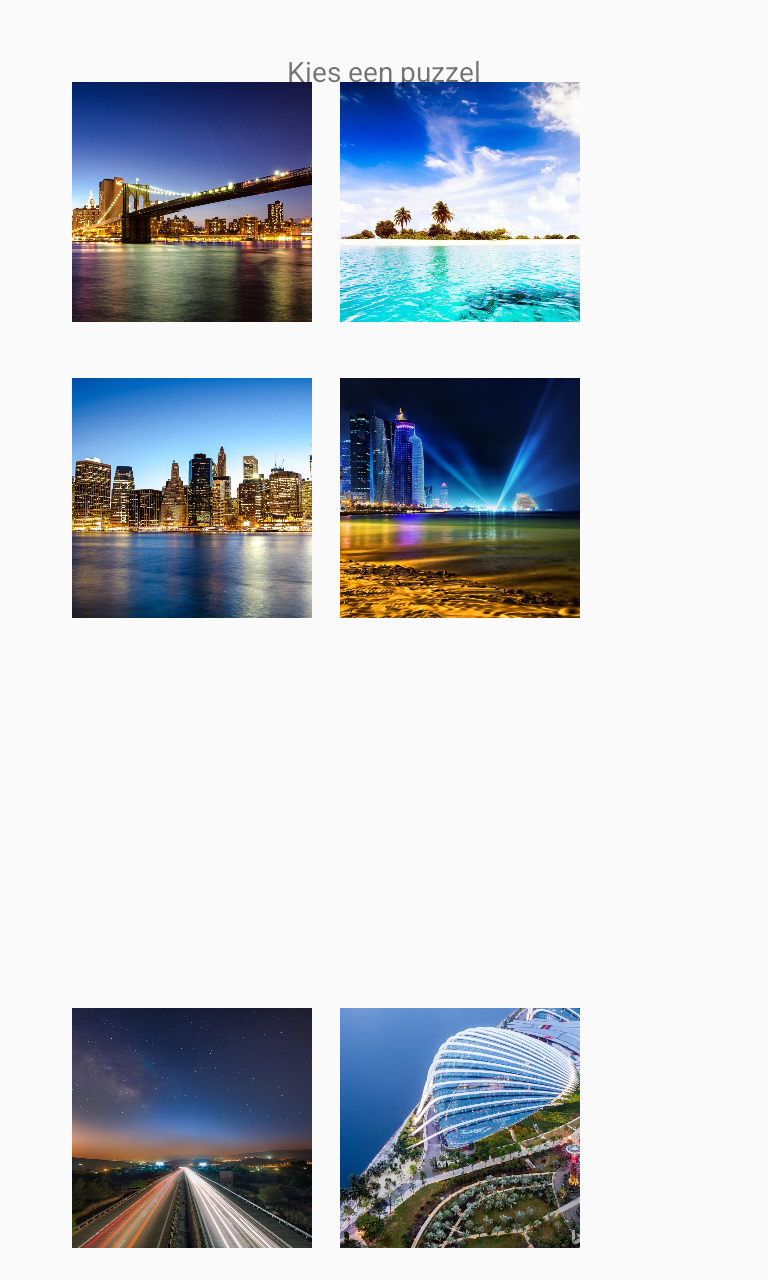
Repository: MarcSelles/nPuzzle10447768
Layout: NPuzzle10447768/res/layout/activity_main.xml
These files come from the project's save history. The layout is drawn as it stood at one moment and after the next save; the edit follows.
It is drawn on a 768 x 1280 px phone screen (xhdpi) without system bars, with theme AppTheme; the app's code is not run.

Above is the layout before, as saved 2014-11-23 13:27:27.

### NPuzzle10447768/res/layout/activity_main.xml
<RelativeLayout xmlns:android="http://schemas.android.com/apk/res/android"
    xmlns:tools="http://schemas.android.com/tools"
    android:layout_width="match_parent"
    android:layout_height="match_parent"
    android:paddingBottom="@dimen/activity_vertical_margin"
    android:paddingLeft="@dimen/activity_horizontal_margin"
    android:paddingRight="@dimen/activity_horizontal_margin"
    android:paddingTop="@dimen/activity_vertical_margin"
    tools:context="nl.mprog.projects.NPuzzle10447768.MainActivity" >

    <ImageView
        android:id="@+id/imageView1"
        android:layout_width="120dp"
        android:layout_height="120dp"
        android:layout_alignParentLeft="true"
        android:layout_alignParentTop="true"
        android:layout_marginLeft="20dp"
        android:layout_marginTop="25dp"
        android:scaleType="fitXY"
        android:src="@drawable/brooklyn_bridge" />

    <ImageView
        android:id="@+id/imageView2"
        android:layout_width="120dp"
        android:layout_height="120dp"
        android:layout_alignTop="@+id/imageView1"
        android:layout_marginLeft="14dp"
        android:layout_toRightOf="@+id/imageView1"
        android:scaleType="fitXY"
        android:src="@drawable/diggrini_island" />

    <ImageView
        android:id="@+id/imageView3"
        android:layout_width="120dp"
        android:layout_height="120dp"
        android:layout_below="@+id/imageView1"
        android:layout_marginTop="28dp"
        android:layout_toLeftOf="@+id/imageView2"
        android:scaleType="fitXY"
        android:src="@drawable/manhattan_skyline" />

    <ImageView
        android:id="@+id/imageView4"
        android:layout_width="120dp"
        android:layout_height="120dp"
        android:layout_alignLeft="@+id/imageView2"
        android:layout_alignTop="@+id/imageView3"
        android:scaleType="fitXY"
        android:src="@drawable/qatar_skyline" />

    <ImageView
        android:id="@+id/imageView5"
        android:layout_width="120dp"
        android:layout_height="120dp"
        android:layout_alignLeft="@+id/imageView3"
        android:layout_alignParentBottom="true"
        android:scaleType="fitXY"
        android:src="@drawable/rush_hour" />

    <ImageView
        android:id="@+id/imageView6"
        android:layout_width="120dp"
        android:layout_height="120dp"
        android:layout_alignLeft="@+id/imageView4"
        android:layout_alignTop="@+id/imageView5"
        android:scaleType="fitXY"
        android:src="@drawable/singapore_city" />

    <TextView
        android:layout_width="wrap_content"
        android:layout_height="wrap_content"
        android:layout_marginTop="10dp"
        android:layout_centerHorizontal="true"
        android:text="@string/choose_image" />

</RelativeLayout>

### NPuzzle10447768/res/values/strings.xml
<?xml version="1.0" encoding="utf-8"?>
<resources>

    <string name="app_name">NPuzzle10447768</string>
    <string name="hello_world">Hello world!</string>
    <string name="action_settings">Settings</string>
    <string name="choose_image">Kies een puzzel</string>
    <string name="title_activity_the_game">TheGame</string>

</resources>

Loaded but not shown: NPuzzle10447768/res/values/styles.xml (common file); NPuzzle10447768/res/values-v11/styles.xml (common file); NPuzzle10447768/res/values-v14/styles.xml (common file); NPuzzle10447768/res/values/dimens.xml (common file); NPuzzle10447768/res/values-w820dp/dimens.xml (common file)

After the next save:
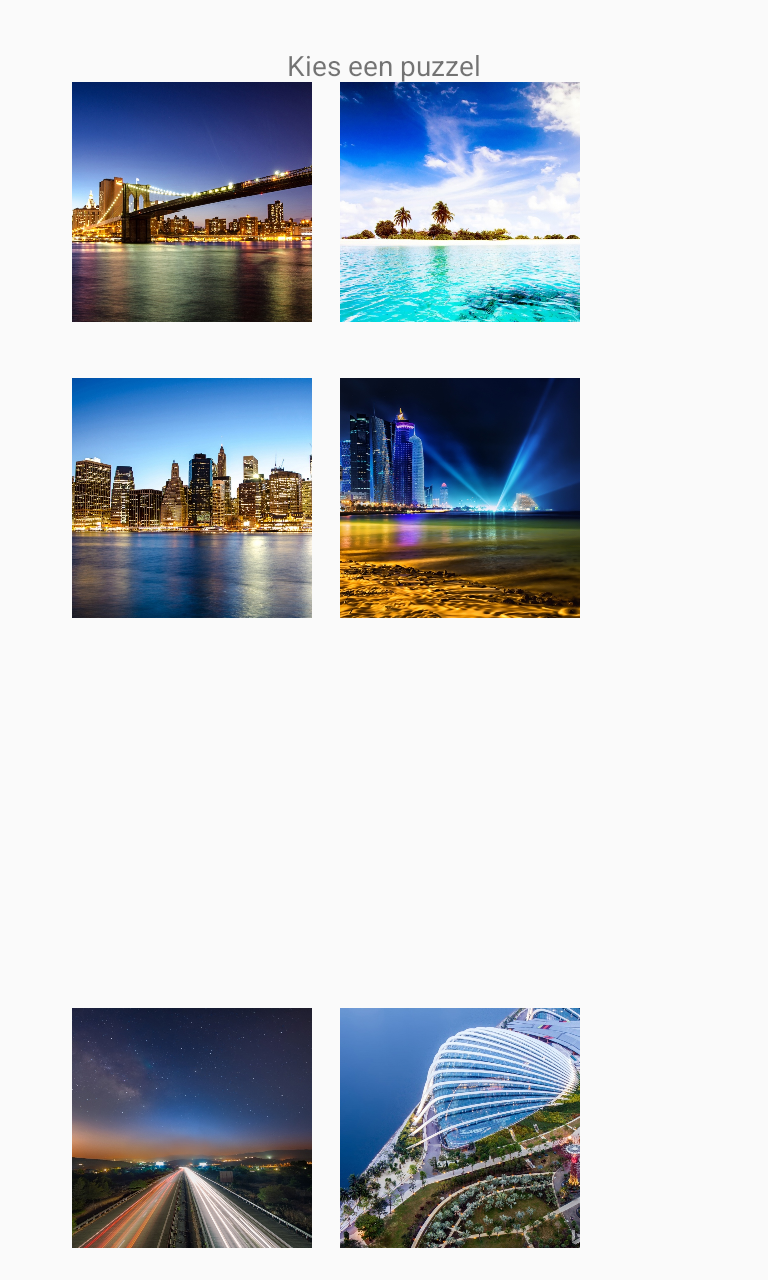
Saved 7 s later.
--- a/NPuzzle10447768/res/layout/activity_main.xml
+++ b/NPuzzle10447768/res/layout/activity_main.xml
@@ -69,7 +69,7 @@
     <TextView
         android:layout_width="wrap_content"
         android:layout_height="wrap_content"
-        android:layout_marginTop="10dp"
+        android:layout_marginTop="7dp"
         android:layout_centerHorizontal="true"
         android:text="@string/choose_image" />
 
